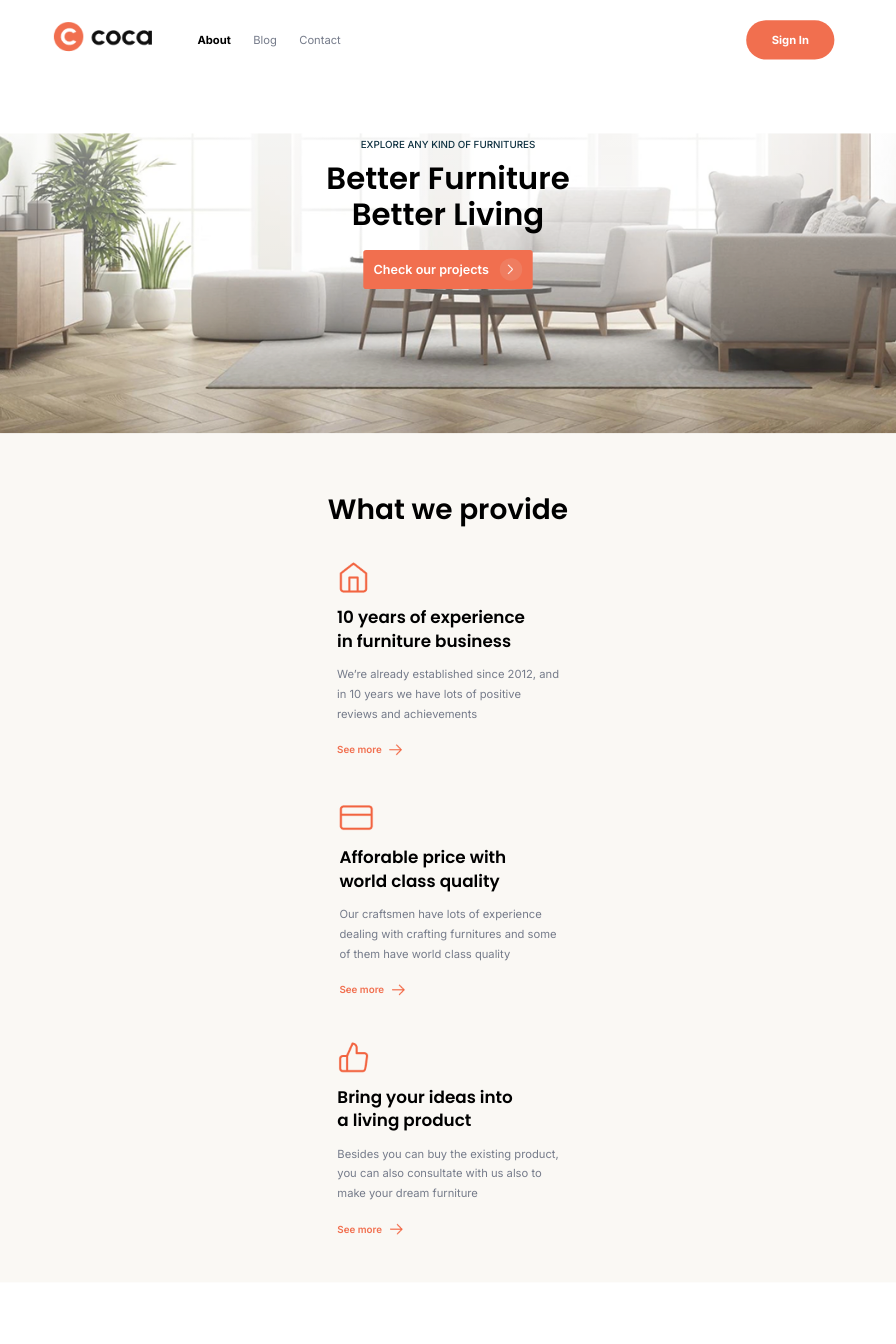
Repository: MatheusEich15/FrontEnd
Page: Prova 1 FrontEnd/Prova 1 FrontEnd/index.html
The author's editor kept a copy of each file at every save. The page is drawn from the files as they stood at one save, then again after the next save.
The browser window is 1280 px wide. The pictures show the part of the page from y = 0 to 1920 px (the page is 4990 px tall), at 70% of full size.

Above is the page before, as saved 2026-03-13 10:48:57.

After the next save:
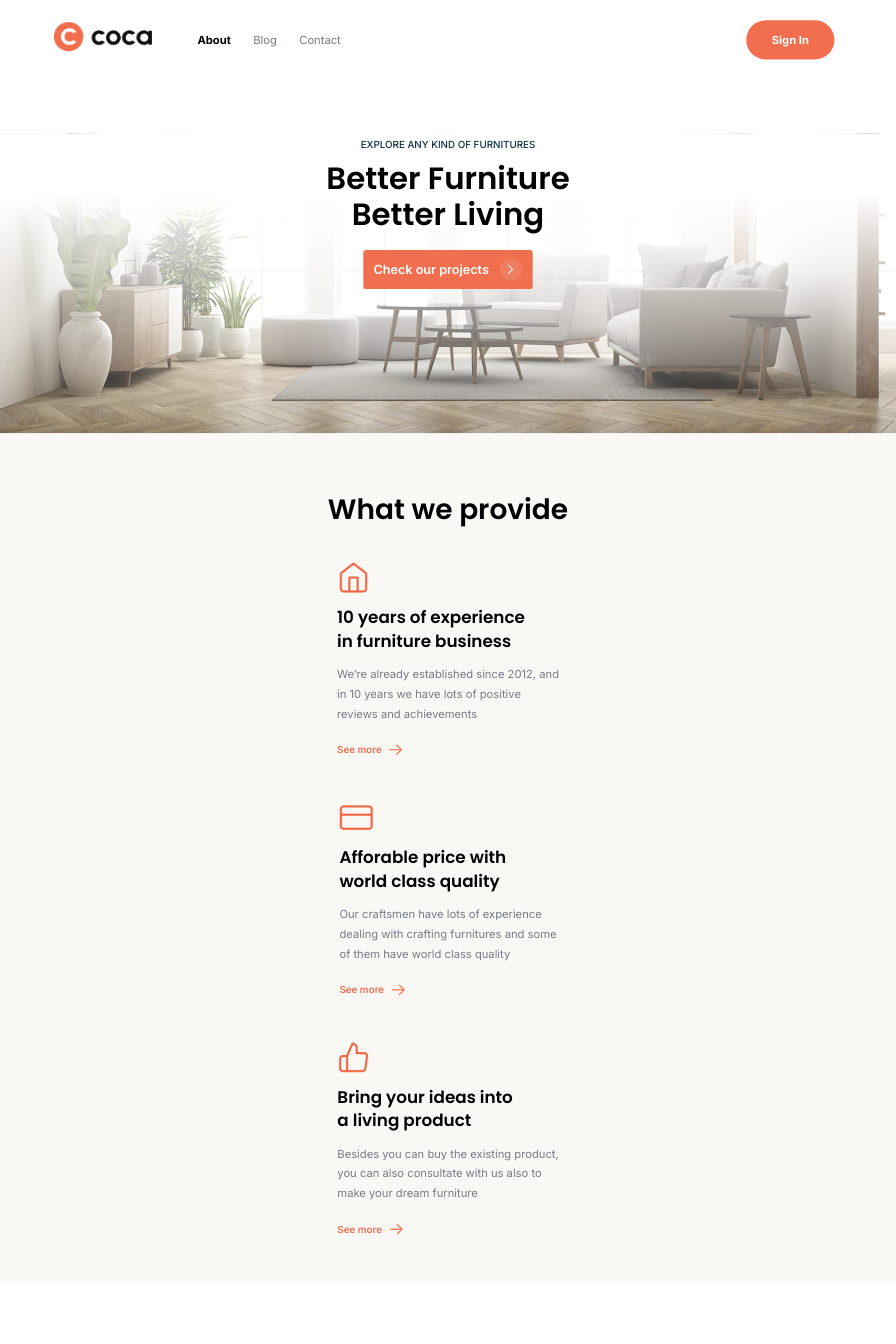
Saved 29 s later.
--- a/Prova 1 FrontEnd/Prova 1 FrontEnd/style.css
+++ b/Prova 1 FrontEnd/Prova 1 FrontEnd/style.css
@@ -661,6 +661,6 @@ footer {
     background: linear-gradient(to bottom, var(--white) 0%, var(--white) 20%, transparent 100%), url(./assets/images/Instroduction-images/Introduction\ Background\ Image.png);
     background-position: bottom;
     background-repeat: no-repeat;
-    background-size: auto 1024px;
-    }
-}
+    background-size: cover;
+    }
+}
